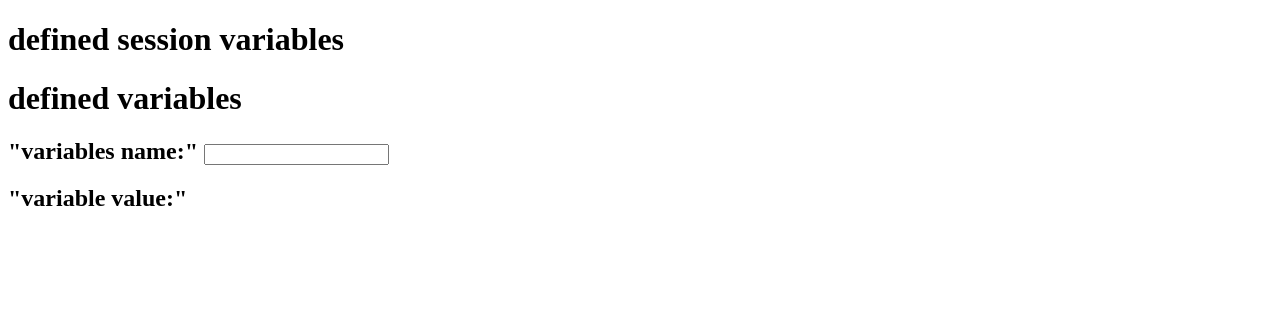
Repository: yousukeimura/attend_app
Page: Practice_php/lesson10.html
The author's editor kept a record of every edit. The page is drawn from the files as they stood at one moment, then again after the next edit.
The browser window is 1280 px wide. The pictures show the whole page.

Above is the page before.

### Practice_php/lesson10.html
<!DOCTYPE html>
<html>
<head>
</head>


<body>
 <form action="" method="POSt">
<h1>defined session variables</h1>
<h1>defined variables</h1>
<h2>"variables name:"
    <input type="text" name="var_name" value>
</h2>
<h2>
 "variable value:"
</h2>

</body>
</html>

After the next edit:
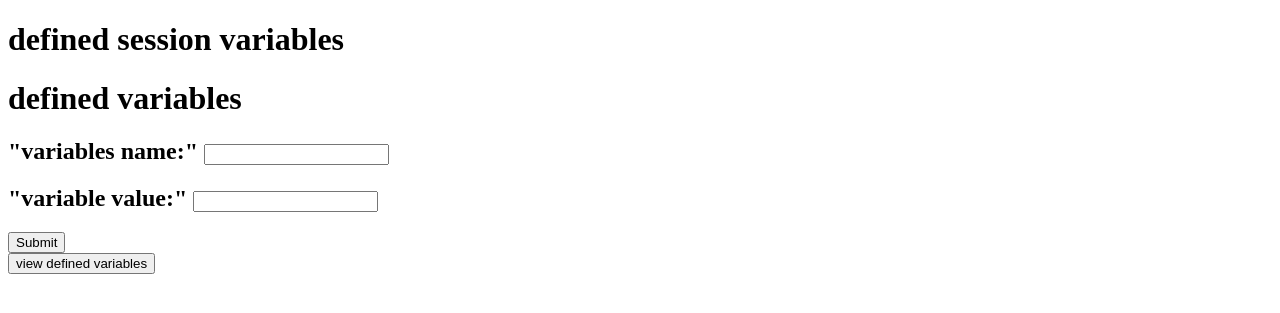
The edit:
--- a/Practice_php/lesson10.html
+++ b/Practice_php/lesson10.html
@@ -13,7 +13,14 @@
 </h2>
 <h2>
  "variable value:"
-</h2>
+ <input type="value" value>
+ </h2>
+ <input type="submit" name="define_variable">
+</form>
+
+<form action="" method="GET">
+    <input type="submit" value="view defined variables">
+</form>
 
 </body>
 </html>
